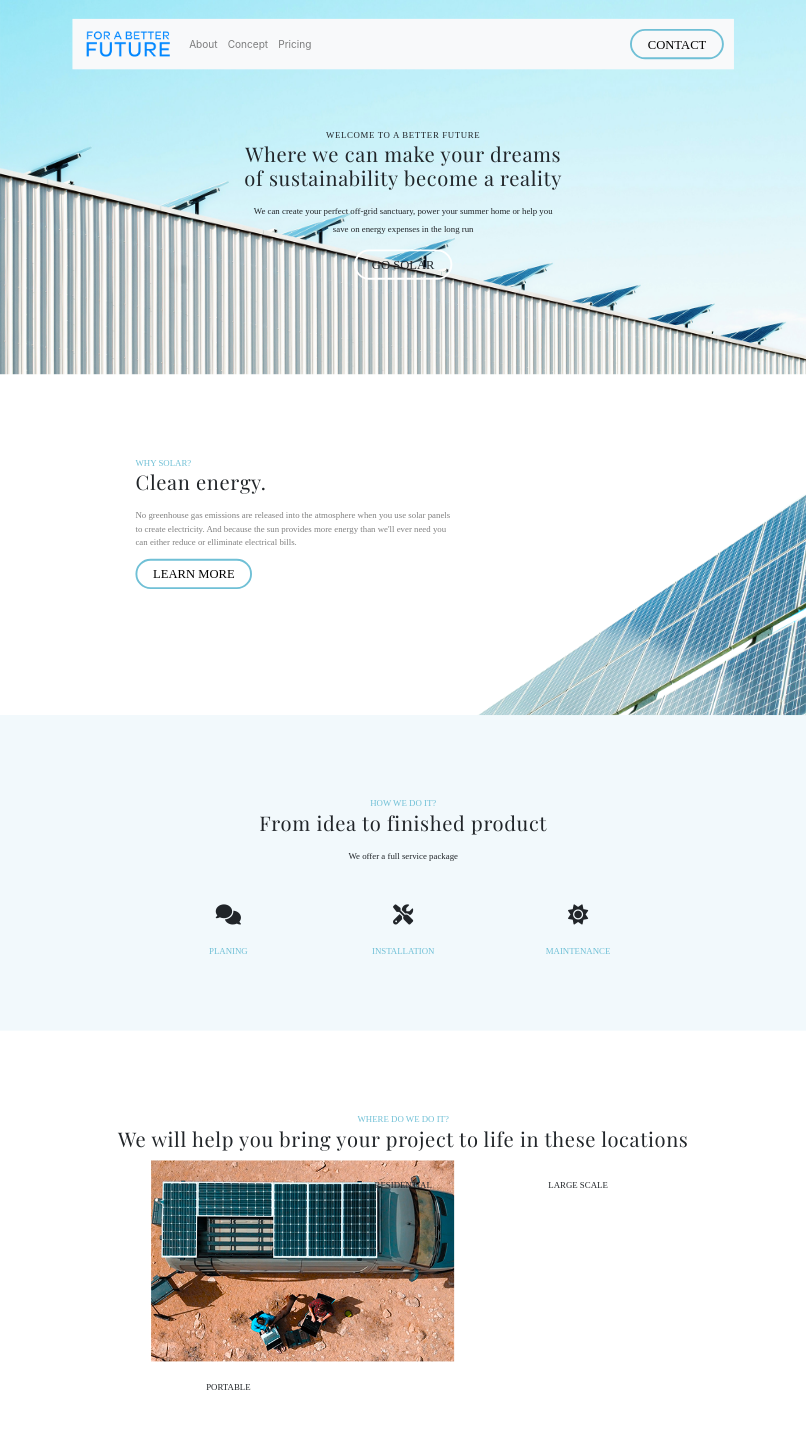
Repository: sabinemm/fabf
Page: index.html
The author's editor kept a record of every edit. The page is drawn from the files as they stood at one moment, then again after the next edit.
The browser window is 1280 px wide. The pictures show the whole page, at 63% of full size.
Backgrounds fixed to the window are drawn as part of the page. Some web fonts or font styles are not loaded; a fallback is used. Some web libraries are served in a nearby version.

Above is the page before.

### index.html
<!DOCTYPE html>
<html lang="en">

<head>
    <meta charset="UTF-8">
    <meta name="viewport" content="width=device-width, initial-scale=1.0">
    <meta http-equiv="X-UA-Compatible" content="ie=edge">
    <link rel="stylesheet" href="style.css" type="text/css" />
    <link rel="stylesheet" href="https://stackpath.bootstrapcdn.com/bootstrap/4.3.1/css/bootstrap.min.css" integrity="sha384-ggOyR0iXCbMQv3Xipma34MD+dH/1fQ784/j6cY/iJTQUOhcWr7x9JvoRxT2MZw1T" crossorigin="anonymous">
    <link rel="stylesheet" media="screen" href="https://fontlibrary.org/face/roundo" type="text/css" />
    <link rel="stylesheet" media="screen" href="https://fontlibrary.org/face/source-sans-pro" type="text/css" />
    <link href="https://fonts.googleapis.com/css?family=Playfair+Display&display=swap" rel="stylesheet">
    <script src="https://kit.fontawesome.com/7e530e9396.js"></script>
    <title>FOR A BETTER FUTURE</title>
</head>

<body>

    <!–-----– NAVBAR ------->

    <div class="container">
        <nav class="navbar navbar-fixed-top navbar-expand-lg navbar-light bg-light">
            <a class="navbar-brand" href="#">
          <img src="img/logo.svg" height="50px"alt="logo">
        </a>
            <button class="navbar-toggler" type="button" data-toggle="collapse" data-target="#navbarText" aria-controls="navbarText" aria-expanded="false" aria-label="Toggle navigation">
    <span class="navbar-toggler-icon"></span>
  </button>
            <div class="collapse navbar-collapse justify-content-center" id="navbarText">
                <ul class="navbar-nav mr-auto">
                    <li class="nav-item">
                        <a class="nav-link" href="#">About</a>
                    </li>
                    <li class="nav-item">
                        <a class="nav-link" href="#">Concept</a>
                    </li>
                    <li class="nav-item">
                        <a class="nav-link" href="#">Pricing</a>
                    </li>
                </ul>
                <span class="navbar-text">
          <button type="button" class="btn btn-blue-border">CONTACT</button>
    </span>
            </div>
        </nav>
    </div>

    <!–-----– FIRST SECTION ------->

    <section id="parallax">
        <div class="container">
            <div class="ltitle text-center">
                <p class="uppercase stitle">WELCOME TO A BETTER FUTURE</p>
                <h2> Where we can make your dreams <br> of sustainability become a reality </h2>
                <p class="tparagraph"> We can create your perfect off-grid sanctuary, power your summer home or help you <br> save on energy expenses in the long run</p>
                <button type="button" class="btn  btn-transp-white-border">GO SOLAR</button>
            </div>
        </div>
    </section>

    <!–-----– SECOND SECTION ------->

    <section id="clean">
        <div class="container container-fluid section-2">
            <div class="row">
                <div class="col col-md-6">
                    <p class="uppercase stitle stitle-blue">WHY SOLAR?</p>
                    <h2 class="ltitle ltitle2"> Clean energy.</h2>
                    <p class="tparagraph tparagraph2"> No greenhouse gas emissions are released into the atmosphere when you use solar panels to create electricity. And because the sun provides more energy than we'll ever need you can either reduce or elliminate electrical bills. </p>
                    <button type="button" class="btn btn-blue-border">LEARN MORE</button>

                </div>
            </div>

            <div class="container">
                <div class="col col-md-6 offset-md-6">
                    <img src="img/sidepanel.png" class="sidepanel"></img>
                </div>
            </div>
        </div>

    </section>

    <!–-----– THIRD SECTION ------->

    <section id="idea">
        <div class="idea-title text-center">
            <p class="uppercase stitle stitle-blue">HOW WE DO IT?</p>
            <h2 class="ltitle ltitle2"> From idea to finished product</h2>
            <p class="tparagraph">We offer a full service package</p>

        </div>
        <div class="container container-fluid ">
            <div class="row m-auto text-center justify-content-center">
                <div class=" col-sm-3 col-md-3">
                   <div class="icons"><i class="fas fa-comments fa-2x"></i></div>
                     <p class="uppercase stitle stitle-blue stitlen">PLANING</p>
                </div>
                <div class="col-sm-3 col-md-3">
                    <div class="icon"><i class="fas fa-tools fa-2x"></i></div>
                     <p class="uppercase stitle stitle-blue stitlen">INSTALLATION</p>
                </div>
                <div class="col-sm-3 col-md-3">
                    <div class="icon"><i class="fas fa-sun fa-2x"></i></div>
                     <p class="uppercase stitle stitle-blue stitlen">MAINTENANCE</p>
                </div>
            </div>

        </div>

    </section>

 <!–-----– FOURTH SECTION ------->

     <section id="where">
        <div class=" text-center">
            <p class="uppercase stitle stitle-blue">WHERE DO WE DO IT?</p>
            <h2 class="ltitle ltitle2">We will help you bring your project to life
in these locations</h2>


        </div>
        <div class="container container-fluid ">
            <div class="row m-auto text-center justify-content-center">
                <div class=" col-sm-3 col-md-3">
                   <img src="img/portable.png"></img>
                     <p class="uppercase stitle stitlen">PORTABLE</p>
                </div>
                <div class="col-sm-3 col-md-3">

                     <p class="uppercase stitle stitlen">RESIDENTIAL</p>
                </div>
                <div class="col-sm-3 col-md-3">

                     <p class="uppercase stitle stitlen">LARGE SCALE</p>
                </div>
            </div>

        </div>

    </section>

</body>

</html>

### style.css

/*-------------------navbar------------------*/

.navbar {
    margin-top: 30px;
    margin-left: 30px;
    margin-right: 30px;

}

@media (max-width:536px) {
    .navbar {
        margin-top: 15px;
        margin-left: 10px;
        margin-right: 10px;
    }
}

/*-------------------Buttons------------------*/

.btn-transp-white-border,
.btn-transp-white-border:hover,
.btn-transp-white-border:active,
.btn-transp-white-border:visited,
.btn-transp-white-border:active:focus,
.btn-transp-white-border:focus {
    background-color: rgba(0, 0, 0, 0);
    border: solid 3px white !important;
    border-radius: 30px !important;
    color: white;
    text-align: center;
    text-decoration: none;
    display: inline-block;
    font-size: 20px !important;
    font-family: 'SourceSansProRegular';
    padding-left: 25px !important;
    padding-right: 25px !important;
}


.btn-transp-white-border:hover {
    background-color: rgba(255, 255, 255, 0.5);
    padding-left: 25px;
    padding-right: 25px;
}


.btn-blue-border,
.btn-blue-border:hover,
.btn-blue-border:active,
.btn-blue-border:visited,
.btn-blue-border:active:focus,
.btn-blue-border:focus {
    background-color: rgba(0, 0, 0, 0) !important;
    border: solid 3px rgb(112, 192, 214) !important;
    border-radius: 30px !important;
    color: black !important;
    text-align: center;
    text-decoration: none;
    display: inline-block;
    font-size: 20px !important;
    font-family: 'SourceSansProRegular';
    padding-left: 25px !important;
    padding-right: 25px!important;
}

.btn-blue-border:hover {
    background-color: rgba(112, 192, 214, 0.5) !important;
    padding-left: 25px;
    padding-right: 25px;
}


/*-------------------SECTION 1 PAGE 1------------------*/

#parallax {
    background: url(img/1page1section.jpg);
    background-attachment: fixed;
    background-position: bottom;
    background-repeat: no-repeat;
    background-size: cover;
    margin-top: -110px;
}

@media (max-width:536px) {
    #parallax {
        margin-top: -110px;
    }
}

.stitle {
    font-size: 14px;
    font-family: 'RoundoRegular';
    font-weight: 500;
    font-style: normal;
    margin-bottom: -5px;
}

.ltitle {
    padding-top: 200px;
    font-family: 'Playfair Display';
    letter-spacing: 1px;
    line-height: 30px;
    padding-bottom: 150px;
}

@media (max-width:768px) {
    .ltitle {
        padding-top: 150px;
        padding-bottom: 100px;
    }
}

.tparagraph {
    padding-top: 10px;
    font-family: 'SourceSansProRegular';
    font-weight: normal;
    font-style: normal;
    font-size: 14px;
    letter-spacing: 0;
}

@media (max-width:768px) {
    br {
        display: none !important;
        visibility: hidden;
    }
}

/*-------------------SECTION 2 PAGE 1------------------*/
#clean {
    padding-left: 0;
}
@media (min-width:768px) {
#clean {
    padding-left: 200px;
}
}


.stitle-blue {
    color:rgb(112, 192, 214);
    padding-top: 70px;

}

@media (min-width:768px) {
    .stitle-blue {
        padding-top: 130px;
    }
}

.ltitle2 {
padding-top: 10px;
padding-bottom: 10px;
}

.tparagraph2 {
    color: gray;

}

.section-2 {
  padding-bottom: 100px;
}

.sidepanel {
position:relative;
float: right;
height:400px;
margin-top: -150px;
margin-right: -45px;
z-index: -1;
}

/*-------------------SECTION 3 PAGE 1------------------*/

#idea {
    background-color: rgb(242, 249,252);
     padding-bottom: 70px;
}

.idea-title {;
    padding-bottom: 50px;
    margin-top: 100px;
}


.stitlen {
    padding-top: 30px;
    padding-bottom: 50px;
}


/*-------------------SECTION 4 PAGE 1------------------*/

.whereimg {
    height: 150px;
}

.wheretitle {
    padding-top: 20px;
    padding-bottom: 30px;
}


#where {
    padding-bottom: 30px;
}



/*-------------------FOOTER------------------*/

After the next edit:
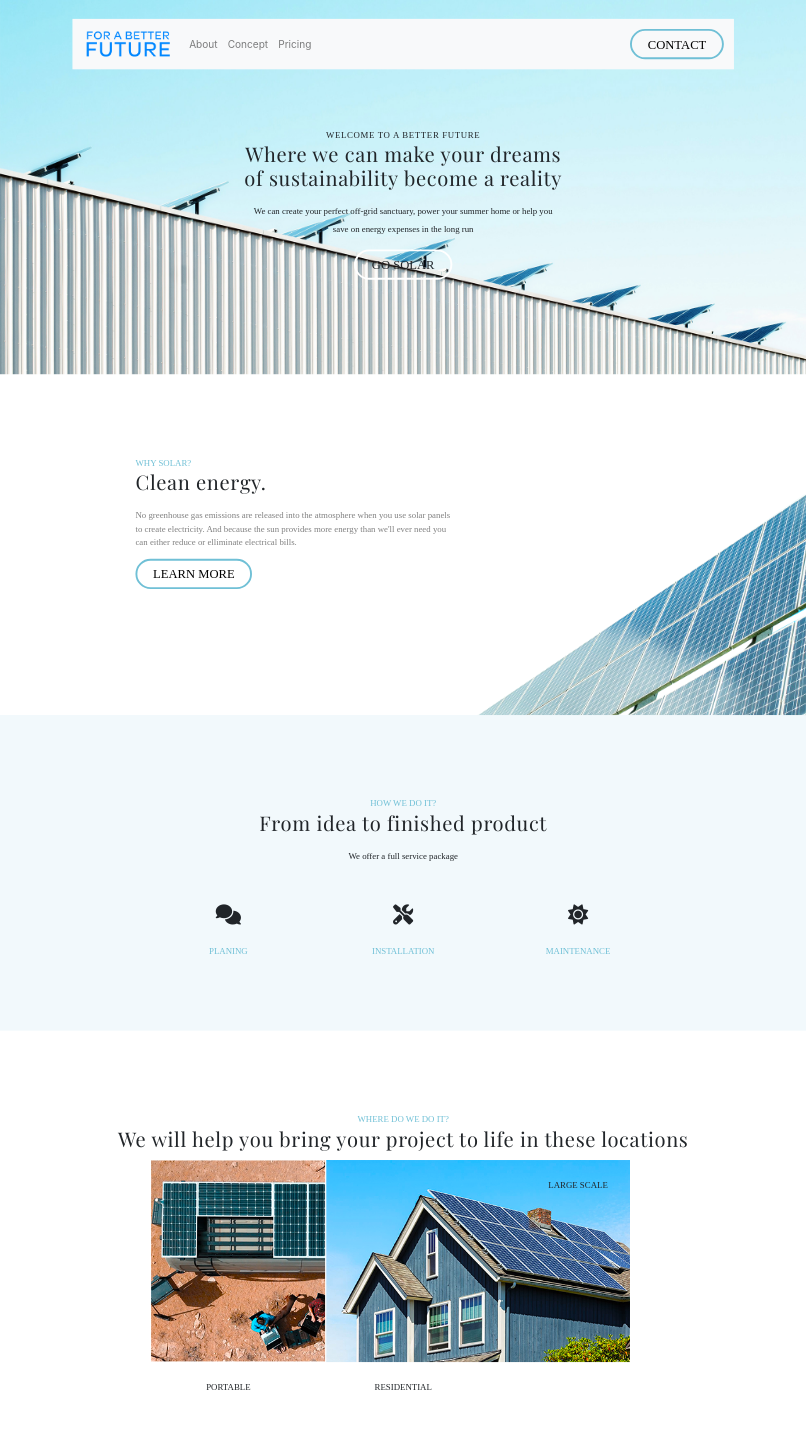
The edit:
--- a/index.html
+++ b/index.html
@@ -127,7 +127,7 @@
                      <p class="uppercase stitle stitlen">PORTABLE</p>
                 </div>
                 <div class="col-sm-3 col-md-3">
-
+                    <img src="img/residential.png"></img>
                      <p class="uppercase stitle stitlen">RESIDENTIAL</p>
                 </div>
                 <div class="col-sm-3 col-md-3">
